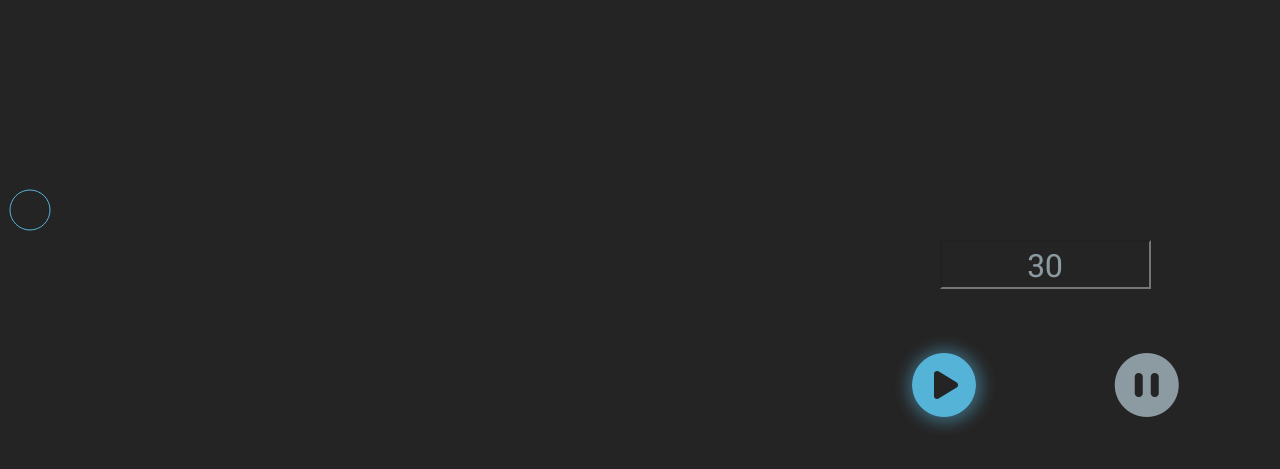
Repository: Sbethm/javascript-challenges
Page: index.html
The author's editor kept a copy of each file at every save. The page is drawn from the files as they stood at one save, then again after a run of saves.
The browser window is 1280 px wide. The pictures show the whole page.
Some web libraries are served in a nearby version. The style sheet was rebuilt from its Sass, Less or Tailwind sources for each picture, by a compiler version that may differ from the author's.

Above is the page before, as saved 2021-09-17 15:31:57.

### index.html
<!DOCTYPE html>
<html lang="en">
<head>
    <meta charset="UTF-8">
    <meta http-equiv="X-UA-Compatible" content="IE=edge">
    <meta name="viewport" content="width=device-width, initial-scale=1.0">
    <link rel="stylesheet" href="./CSS/main.css">
    <link rel="preconnect" href="https://fonts.googleapis.com">
    <link rel="preconnect" href="https://fonts.gstatic.com" crossorigin>
    <link href="https://fonts.googleapis.com/css2?family=Roboto+Slab&display=swap" rel="stylesheet">
    <script src="https://kit.fontawesome.com/4348baf125.js" crossorigin="anonymous"></script>
    <title>SarahMoosa: JavaScript Challenges</title>
</head>
<body>
    <header></header>
    <main>
        <svg height="200" width="200">
            <circle r="20" cx="30" cy="30"\>
        </svg>
        <div class="container">
            <input type="text" value="30">
            <i class="fas fa-play-circle active"></i>
            <i class="fas fa-pause-circle"></i>
        </div>
    </main>
    <script src="./JS/timerClass.js"></script>
    <script src="./JS/apps.js"></script>
</body>
</html>

### JS/timerClass.js
class Timer {
    constructor(durationInput, playBtn, pauseBtn) {
        this.durationInput = durationInput;
        this.playBtn = playBtn;
        this.pauseBtn = pauseBtn;

        this.playBtn.addEventListener('click', this.start);
        this.pauseBtn.addEventListener('click', this.pause);
    }

    start = () => {
        this.tick();
        this.interval = setInterval(this.tick, 1000);

        playBtn.classList.remove('active');
        pauseBtn.classList.add('active');
        // for(let i = durationInput; durationInput > 0; i--){
        //     setTimeout(this.tick, 1000);
        // }
    };

    pause = () => {
        clearInterval(this.interval);

        pauseBtn.classList.remove('active');
        playBtn.classList.add('active');
    };

    tick = () => {
        if(this.timeRemaining > 0){
            this.timeRemaining = this.timeRemaining - 1;
        } else {
            this.pause();
        }

    };

    get timeRemaining () {
        return parseFloat(this.durationInput.value);
    }
    set timeRemaining (time) {
        this.durationInput.value = time;
    }
}

### JS/apps.js
const playBtn = document.querySelector('.fa-play-circle ');
const pauseBtn = document.querySelector('.fa-pause-circle ');
const input = document.querySelector('input');

//Reusable Timer Class


const timer1 = new Timer(input, playBtn, pauseBtn);








// //FUNCTIONS
// function startTimer() {
//     let inputNum = document.querySelector('input').value;

//     let countDownNum = Number(inputNum);

//     if(!countDownNum || countDownNum !== Math.floor(countDownNum)) {
//         console.log("WHOLE NUMBERS ONLY!")
//     } else {
//         countDownNum--;
//         inputNum = countDownNum;
//         console.log(inputNum);
//     }
// }

// function pauseTimer() {

// }



// playBtn.addEventListener('click', () => {
//     //Btn style change
//     playBtn.classList.remove('active');
//     pauseBtn.classList.add('active');

//     //Input countdown
//     startTimer()


// })

// pauseBtn.addEventListener('click', () => {
//     //Btn style change
//     pauseBtn.classList.remove('active');
//     playBtn.classList.add('active');

//     //Pause Timer
//     pauseTimer();
// })

### SCSS/main.scss
@import "./variables";

body {
    background-color: rgb(37, 36, 36);
    margin: 0;
}

main{
    height: 100vh;
    display: flex;
    align-items: center;
    justify-content: center;
}

svg{
    width: 100vw;
    height: 50vh;

    & circle {
        fill: rgb(37, 36, 36);
        stroke: $activeColor;
    }
}


.container {
    display: grid;
    grid-template-columns: Max(8rem, 50%) Max(8rem, 50%);
    grid-row: 25% 75%;
    width: Max(500px, 50%);
    padding: 1em;
    margin: 0 auto;
    //Used to style Input font
    font-family: 'Roboto Slab', serif;
    font-size: 2rem;
}

input {
    width: 50%;
    grid-area: 1 / 1 / 2 / 3;
    margin: 0 auto;
    background-color:  rgb(37, 36, 36);
    text-align: center;
    //Uses styles from parent .container
    font-family: inherit;
    font-size: 100%;
}

input[type='text']{
    color: $inactiveColor;
}

i {
    margin: 1em auto;
    font-size: Max(2rem, 4rem);
    color: $inactiveColor;
    border-radius: 50%;
}

.fa-play-circle {
    grid-area: 2 / 1 / 3 / 2;
}

.fa-pause-circle {
    grid-area: 2 / 2 / 3 / 3;
}

.active {
    color: $activeColor;
    box-shadow: 1px 1px 15px 5px rgba(85,179,216,0.46);
}
// rgb(85, 179, 216)
.inactive {
    color: $inactiveColor;
    box-shadow: none;
}

### SCSS/_variables.scss
//COLORS
$activeColor: hsl(197, 63%, 59%);
$inactiveColor: hsl(197, 10%, 59%);

After the next 2 saves:
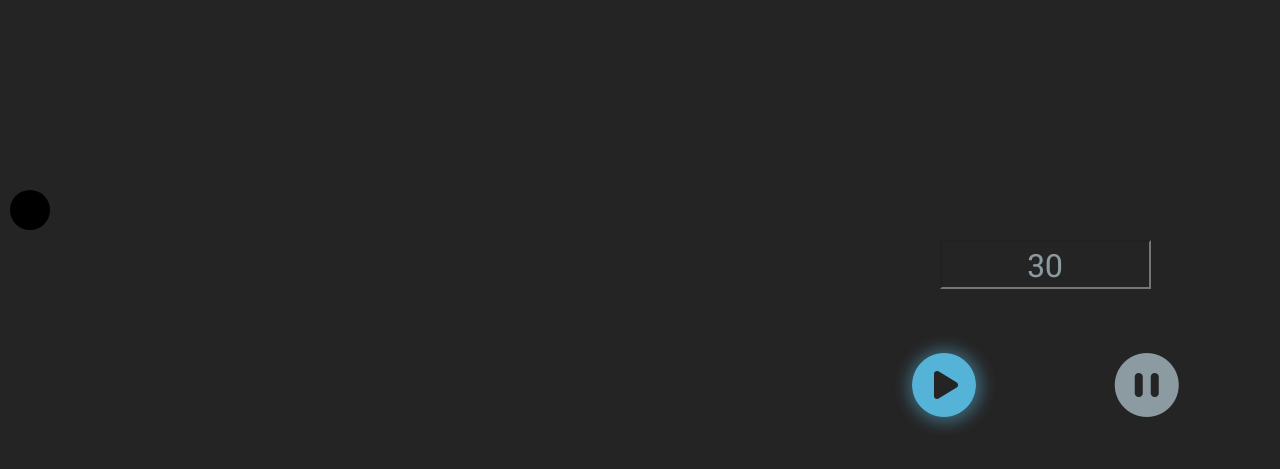
The 2 saves are shown as one change because they came seconds apart.
The last was saved 58 s later.
--- a/SCSS/main.scss
+++ b/SCSS/main.scss
@@ -15,6 +15,7 @@
 svg{
     width: 100vw;
     height: 50vh;
+    z-
 
     & circle {
         fill: rgb(37, 36, 36);

After the 6 saves that followed:
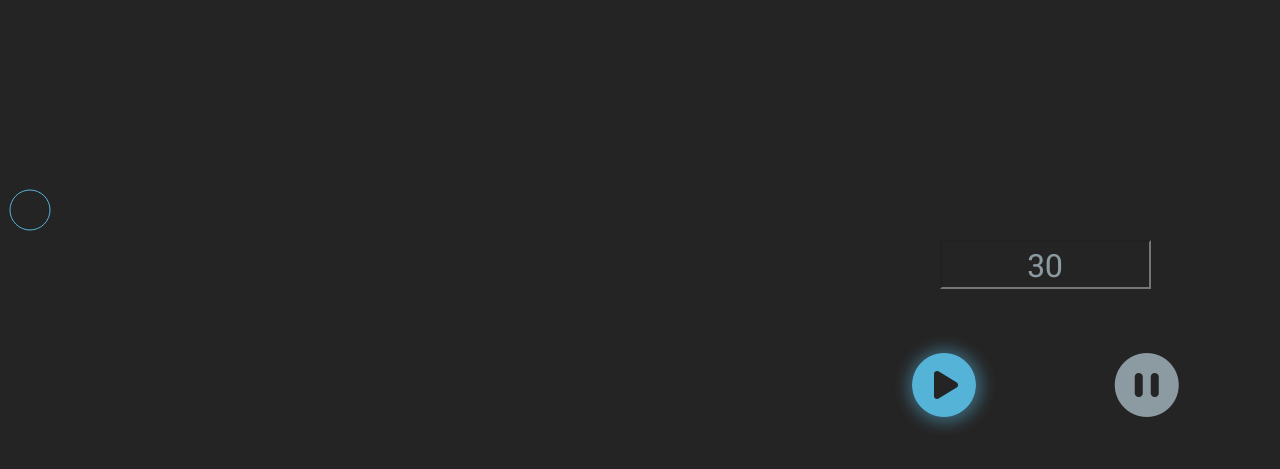
The 6 saves are shown as one change because 1 left the picture as it was and some came seconds apart.
The last was saved 17 s later.
--- a/SCSS/main.scss
+++ b/SCSS/main.scss
@@ -15,7 +15,7 @@
 svg{
     width: 100vw;
     height: 50vh;
-    z-
+    r: 30;
 
     & circle {
         fill: rgb(37, 36, 36);
